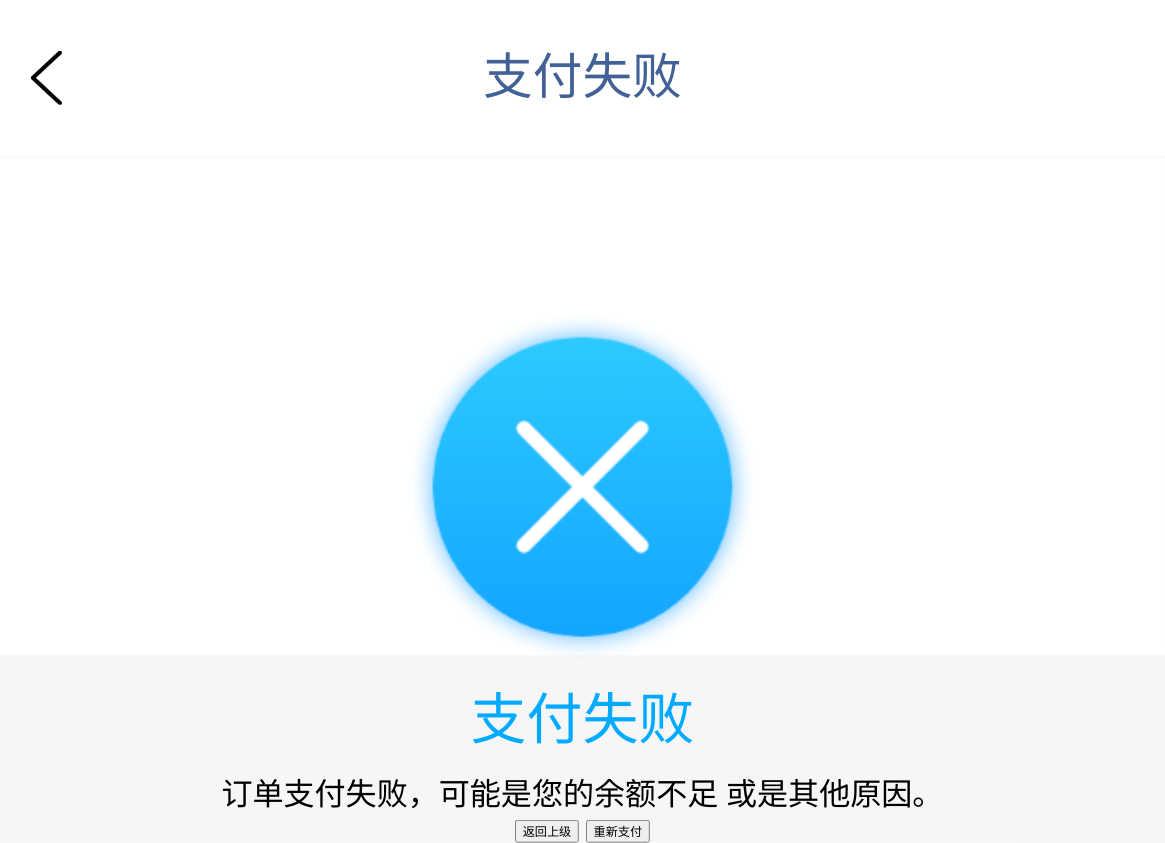
Repository: 421538074/sell
Page: consumer/pay-fail.html
An editor plug-in stored every save of this project. The page is shown before and after the next save, followed by the edit.
The browser window is 1280 px wide. The pictures show the whole page, at 91% of full size.

Above is the page before, as saved 2019-05-31 15:42:31.

After the next save:
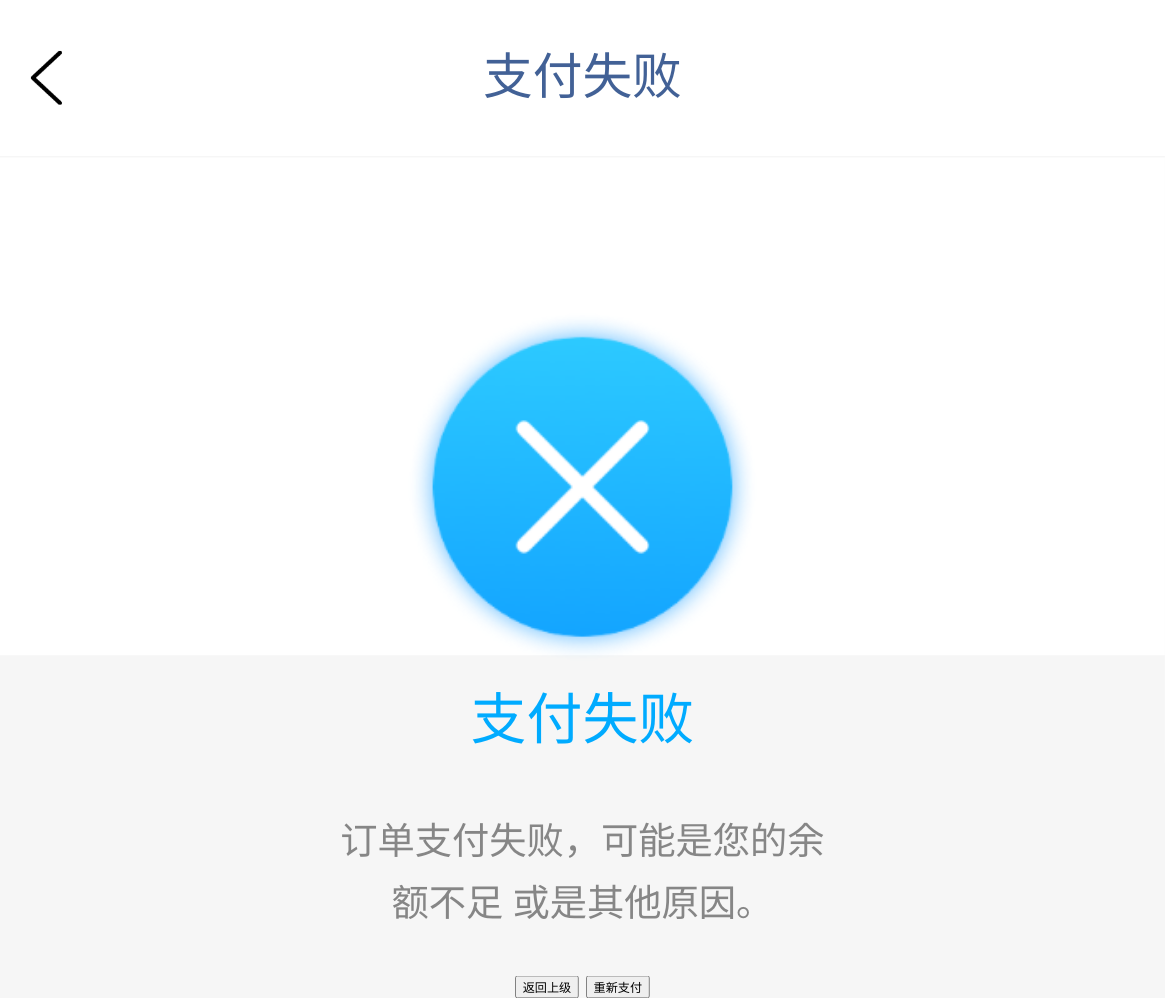
Saved 51 s later.
--- a/consumer/css/pay-fail.css
+++ b/consumer/css/pay-fail.css
@@ -19,3 +19,11 @@ p.order-fail-title {
     font-size: 1.8rem;
     padding: 1rem;
 }
+p.order-fail-info {
+    color: #868686;
+    font-size: 1.2rem;
+    width: 50%;
+    text-align: center;
+    line-height: 2rem;
+    padding: 1rem;
+}
